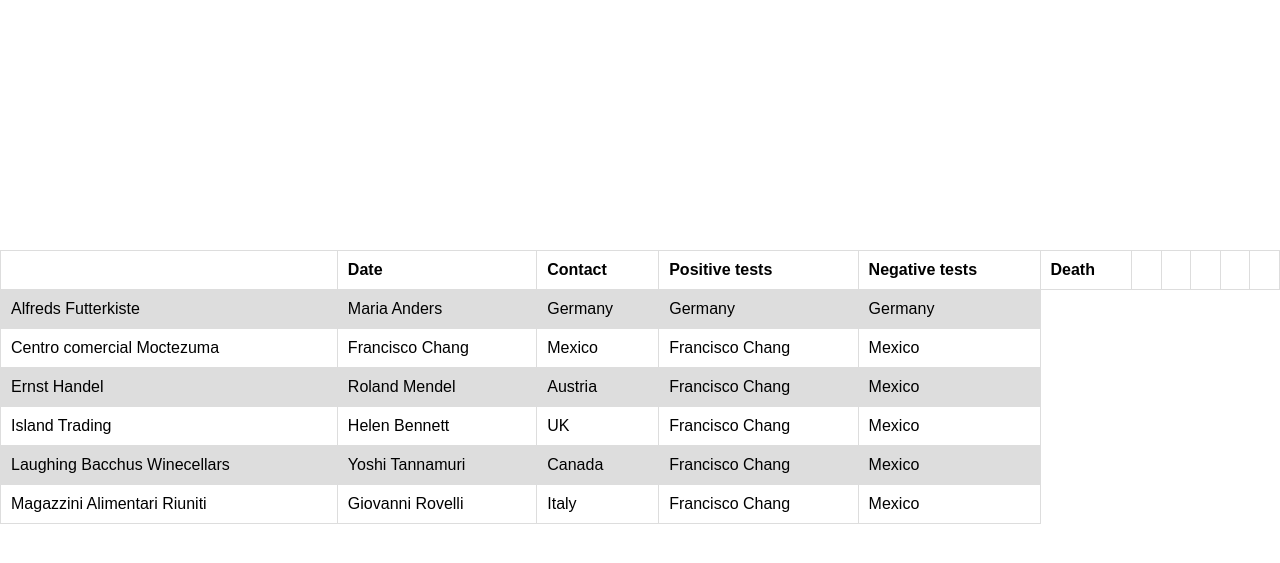
Repository: Seryozha02/ApiRequests
Page: index.html
The author's editor kept a copy of each file at every save. The page is drawn from the files as they stood at one save, then again after the next save.
The browser window is 1280 px wide. The pictures show the whole page.

Above is the page before, as saved 2022-09-22 21:30:01.

After the next save:
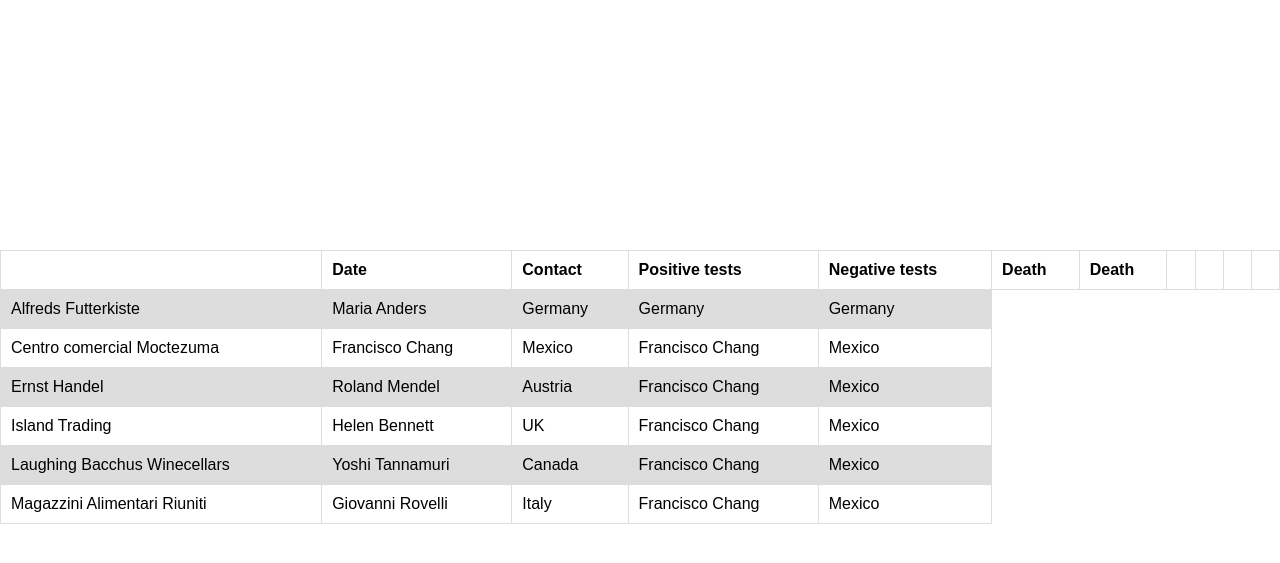
Saved 12 s later.
--- a/index.html
+++ b/index.html
@@ -16,7 +16,7 @@
             <th>Negative tests</th>
             <th>Death</th>
         </th>
-        <th></th>
+        <th>Death</th>
         <th></th>
         <th></th>
         <th></th>
